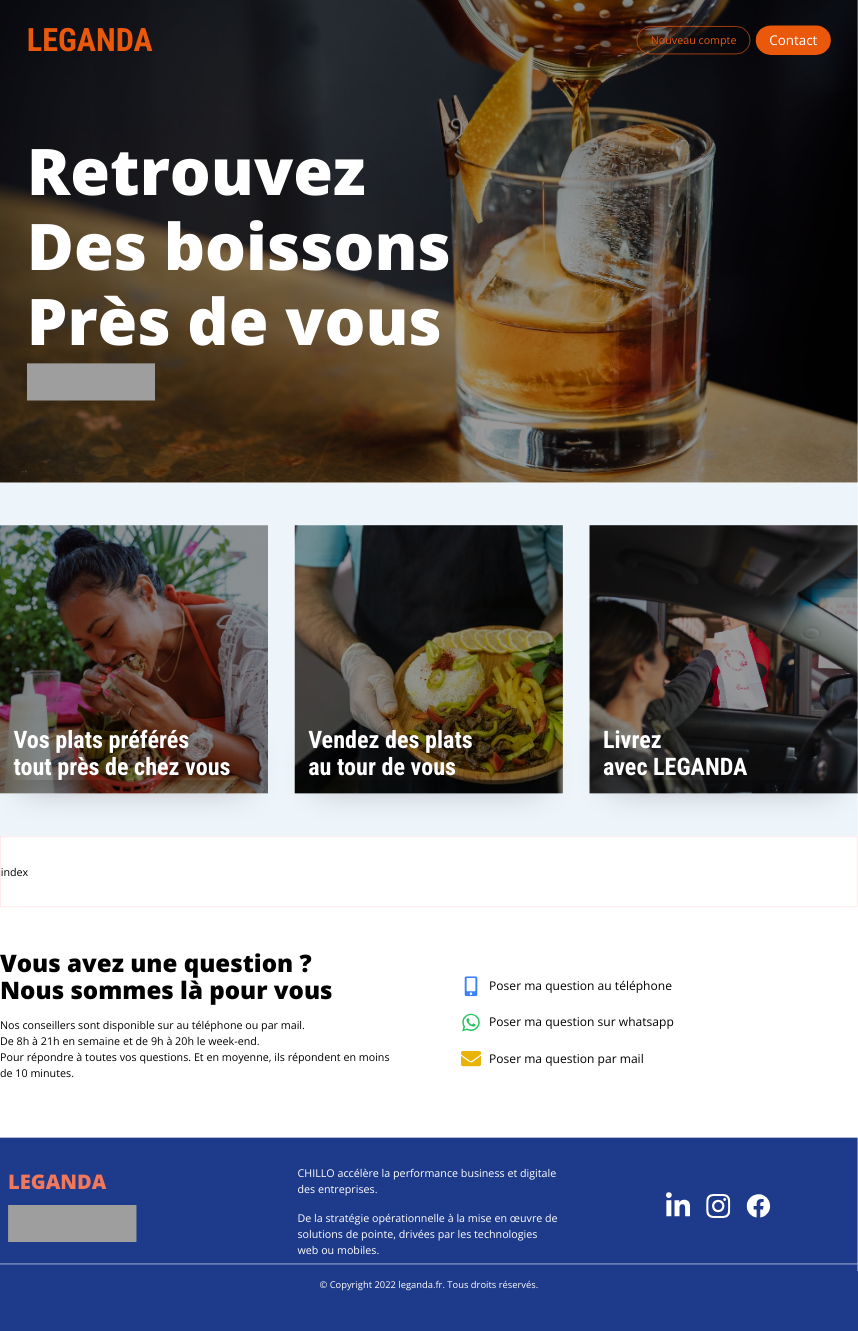
Repository: chillo-tech/website-leganda
Page: /
These files come from the project's save history. The page is drawn as it stood at one moment and after the next save; the edit follows.
The browser window is 1280 px wide. The pictures show the whole page, at 67% of full size.
Pictures or frames that could not be fetched are drawn as grey boxes. The project was rebuilt for these pictures with package versions that can differ from the ones it lists, and the page was loaded fresh each time. Some packages were replaced by stand-ins written for this rebuild. The framework's server and built-in components were replaced by stand-ins that run in the browser. Also part of the build but not shown: next.config.js, components/header/items/SearchBar.tsx.

Above is the page before, as saved 2023-02-09 11:12:16.

After the next save:
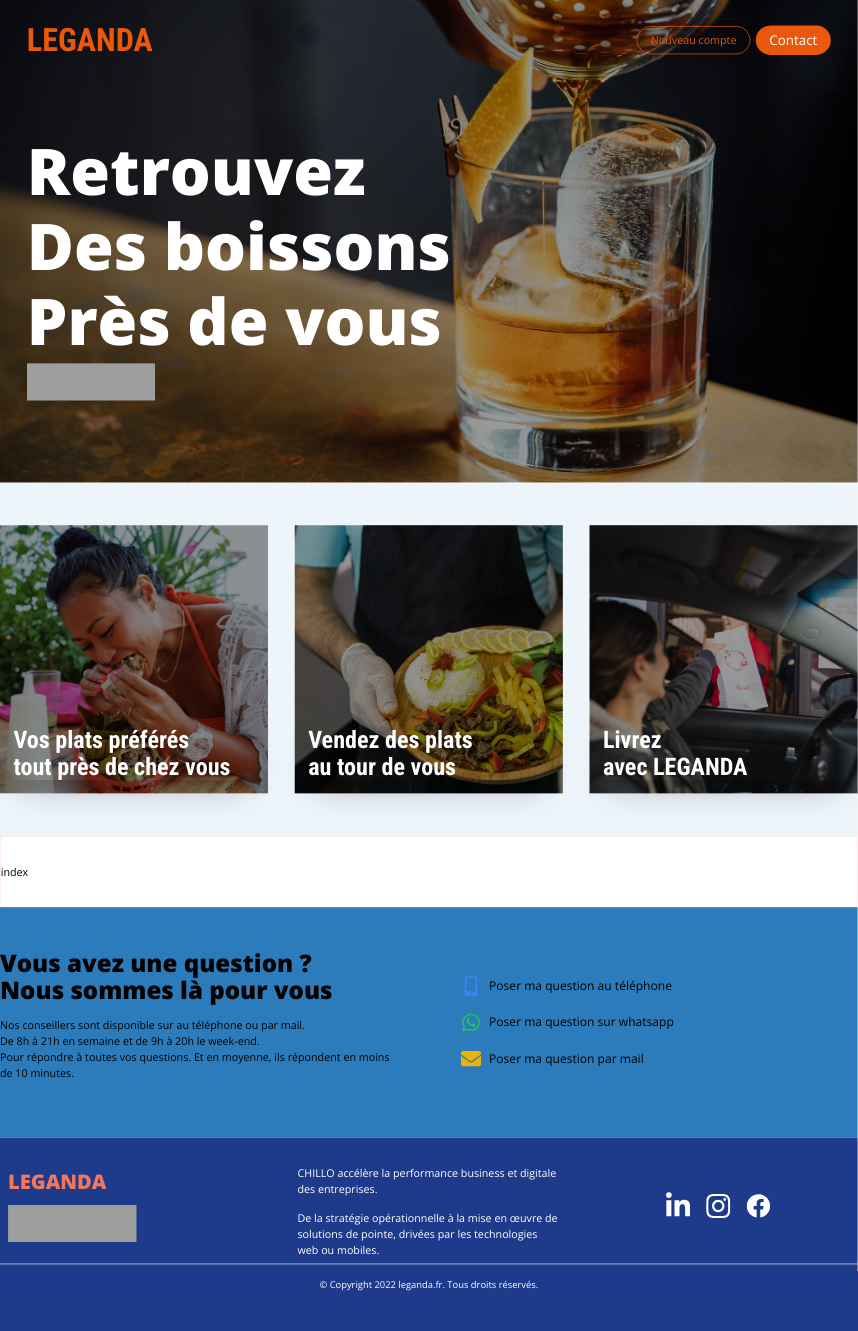
Saved 27 s later.
--- a/components/questions/Questions.tsx
+++ b/components/questions/Questions.tsx
@@ -4,7 +4,7 @@
 
 function Questions() {
   return (
-    <section className='py-16'>
+    <section className='py-16 bg-app-blue'>
         <div className="container grid md:grid-cols-2 md:gap-24 items-center px-3 md:px-0">
           <article>
             <h2 className='md:text-4xl text-3xl font-semibold text-black'>
